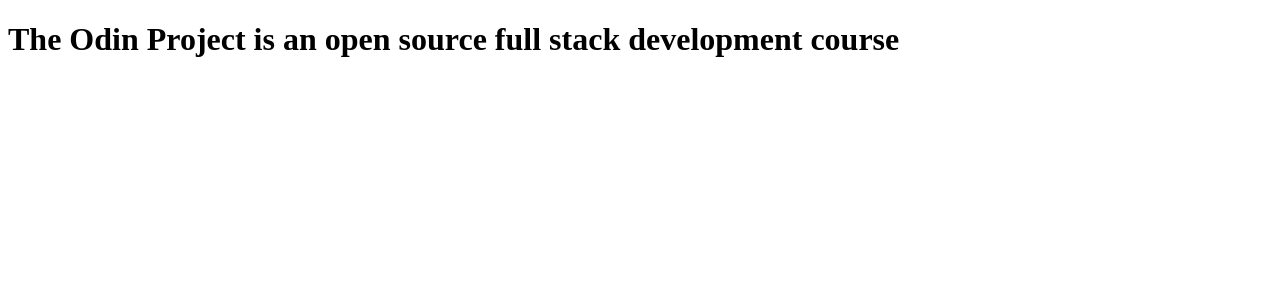
Repository: j0vesday/git_test
Page: root/odin-links-and-images/pages/about.html
The author's editor kept a copy of each file at every save. The page is drawn from the files as they stood at one save, then again after the next save.
The browser window is 1280 px wide. The pictures show the whole page.

Above is the page before, as saved 2024-09-27 04:33:25.

### root/odin-links-and-images/pages/about.html
<!DOCTYPE html>
<!DOCTYPE html>
<html lang="en">
<head>
    <meta charset="UTF-8">
    <meta name="viewport" content="width=device-width, initial-scale=1.0">
    <title>About Page</title>

</head>
<body>
  <h1>The Odin Project is an open source full stack development course</h1>
</body>
</html>

After the next save:
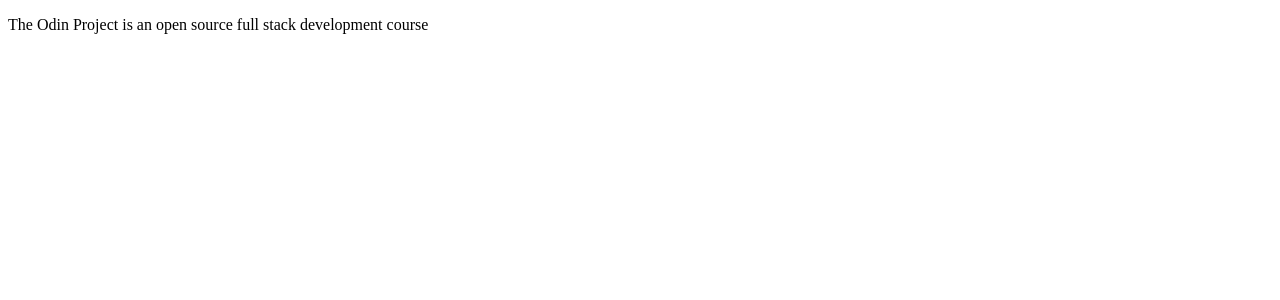
Saved 64 s later.
--- a/root/odin-links-and-images/pages/about.html
+++ b/root/odin-links-and-images/pages/about.html
@@ -8,6 +8,6 @@
 
 </head>
 <body>
-  <h1>The Odin Project is an open source full stack development course</h1>
+  <p>The Odin Project is an open source full stack development course</p>
 </body>
 </html>
